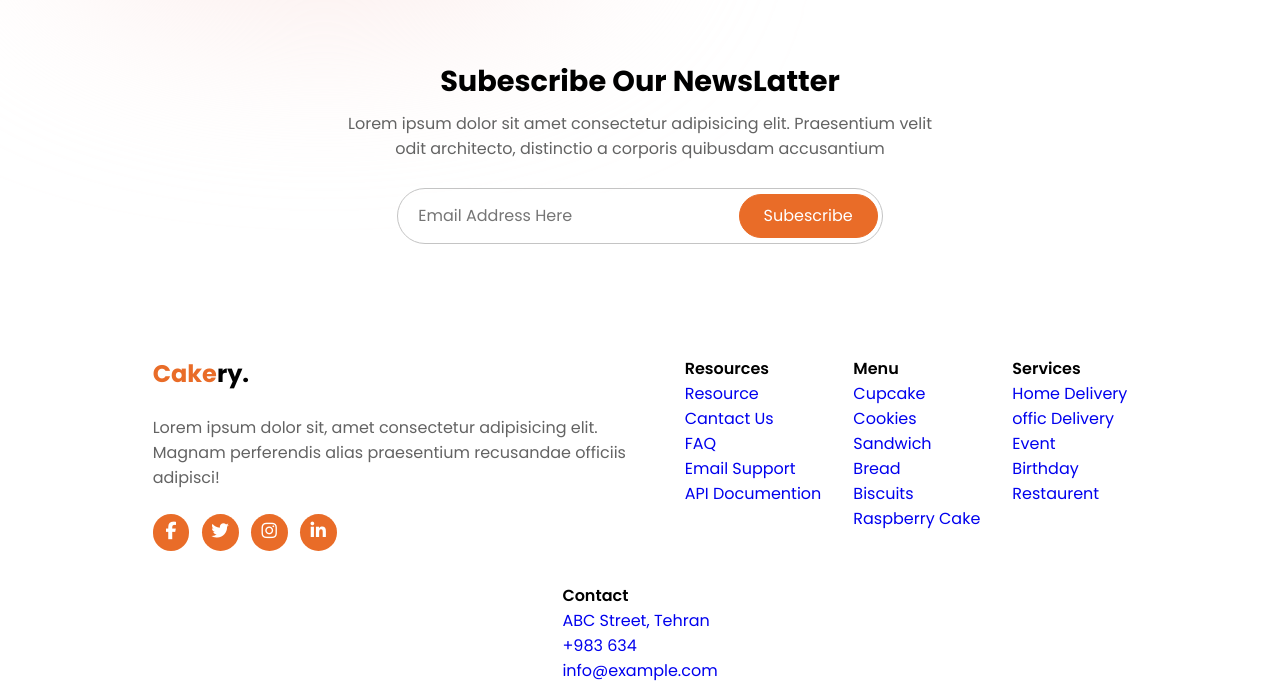
Repository: kingamirhosein100000-maker/cake.shop
Page: index.html
An editor plug-in stored every save of this project. The page is shown before and after the next save, followed by the edit.
The browser window is 1280 px wide. The pictures show the part of the page from y = 4552 to 5235 px (the page is 5235 px tall before and 5210 px after).
A picture or video elsewhere on the page could not be fetched, so the positions and the page height are approximate. Some web libraries are served in a nearby version.

Above is the page before, as saved 2026-01-29 17:51:08.

### index.html
<!DOCTYPE html>
<html lang="en">

<head>
    <meta charset="UTF-8">
    <meta name="viewport" content="width=device-width, initial-scale=1.0">
    <title>Bakery Website</title>
    <link rel="stylesheet" href="style.css">
    <link rel="stylesheet" href="https://cdnjs.cloudflare.com/ajax/libs/font-awesome/7.0.1/css/all.min.css" integrity="sha512-2SwdPD6INVrV/lHTZbO2nodKhrnDdJK9/kg2XD1r9uGqPo1cUbujc+IYdlYdEErWNu69gVcYgdxlmVmzTWnetw==" crossorigin="anonymous" referrerpolicy="no-referrer"
    />
</head>

<body>
    <!-- Header Part -->
    <header>
        <nav class="navbar container">
            <div class="logo">
                <a class="logo-txt" href="#">
                        Cake<span>ry.</span>
                    </a>

            </div>
            <ul class="navlist">
                <li>
                    <a href="#" class="navlinks active">
                            Home
                        </a>
                </li>
                <li>
                    <a href="#" class="navlinks">
                            About
                        </a>
                </li>
                <li>
                    <a href="#" class="navlinks">
                            Menu
                        </a>
                </li>
                <li>
                    <a href="#" class="navlinks">
                            Restaurent
                        </a>
                </li>
                <li>
                    <a href="#" class="navlinks">
                            Order
                        </a>
                </li>
                <li>
                    <a href="#" class="navlinks">
                            Contact
                        </a>
                </li>

            </ul>
            <div class="nav-icons">
                <a href="#" class="icons-link">
                    <i class="fa-solid  fa-user"></i>
                </a>
                <a href="#" class="icons-link">
                    <i class="fa-solid fa-shopping-cart"></i>

                </a>
            </div>
            <div class="hamburger">
                <div class="burger"></div>
                <div class="burger"></div>
                <div class="burger"></div>
            </div>
        </nav>
    </header>
    <!-- Section Parts -->
    <main>

        <!-- /* hero-section */ -->

        <section class="hero-section container">
            <div class="content">
                <div class="whatch">
                    <a href="#" class="icons-link">
                        <i class="fa-solid fa-play"></i>
                    </a>
                    <h3>Watch Video</h3>
                </div>
                <h1>The Perfect Baked Cake Everyday!</h1>
                <p>Lorem ipsum dolor sit, amet consectetur adipisicing elit. Facere laborum quaerat beatae molestiae explicabo asperiores, fugit harum quibusdam sit nesciunt illo.</p>
                <div class="btn-continer">
                    <button>Read More</button>
                    <button data-type="borderd-btn">Order Now</button>
                </div>
            </div>
            <div class="img-conteiner">
                <img src="img/cake.png" alt="عکس کیک ">
            </div>
        </section>
        <!-- Store section -->
        <section class="other-section container">
            <div class="column-canteiner">
                <h2>Welcome To Our Store</h2>
                <p data-type="centerd-txt">Lorem ipsum dolor sit amet consectetur adipisicing elit. Necessitatibus sit earum porro at! Officia, repellat. Modi, tempore minima.</p>
                <div class="card-conteiner">
                    <div class="card" data-type="category">
                        <img src="img/pastery.png">
                        <h3>Cake</h3>
                    </div>
                    <div class="card" data-type="category">
                        <img src="img/sandwich.png">
                        <h3>Sandwich</h3>
                    </div>
                    <div class="card" data-type="category">
                        <img src="img/cookie.png">
                        <h3>Cookie</h3>
                    </div>
                    <div class="card" data-type="category">
                        <img src="img/bread.png">
                        <h3>Bread</h3>
                    </div>
                </div>
            </div>
            </div>
        </section>
        <!-- About section -->
        <section class="other-section container">
            <div class="row-container">
                <div class="image-container">
                    <img src="img/cupcake.jpg">
                </div>


                <div class="content">
                    <h2>About<br> Cakery Bakery</h2>
                    <p>Lorem ipsum dolor sit amet, consectetur adipisicing elit. Laboriosam, necessitatibus nisi nemo, libero molestiae quas quibusdam incidunt voluptate adipisci consequatur ducimus autem</p>
                    <p>Lorem ipsum dolor sit amet consectetur adipisicing elit. Amet quidem rerum maiores quae saepe</p>
                    <button>Read More</button>
                </div>
            </div>
        </section>
        <!-- Featured Food -->

        <section class="other-section container">
            <div class="column-canteiner">
                <h2>Our Featured</h2>
                <p data-type="centerd-txt">Lorem ipsum dolor sit amet consectetur adipisicing elit. Praesentium velit odit architecto, distinctio a corporis quibusdam accusantium tempora </p>



                <div class="card-conteiner">
                    <div class="card" data-type="item">
                        <div class="image-part">
                            <img src="img/birthday cake.jpg">
                        </div>
                        <div class="detail">
                            <h4>$10.00</h4>
                            <h4>Birthday cake</h4>
                        </div>
                    </div>
                    <div class="card" data-type="item">
                        <div class="image-part">
                            <img src="img/muffins.jpg">
                        </div>
                        <div class="detail">
                            <h4>$17.00</h4>
                            <h4>muffins</h4>
                        </div>
                    </div>
                    <div class="card" data-type="item">
                        <div class="image-part">
                            <img src="img/waffles.jpg">
                        </div>
                        <div class="detail">
                            <h4>$19.00</h4>
                            <h4>waffles</h4>
                        </div>
                    </div>
                    <div class="card" data-type="item">
                        <div class="image-part">
                            <img src="img/pancake.jpg">
                        </div>
                        <div class="detail">
                            <h4>$25.00</h4>
                            <h4>pancake</h4>
                        </div>
                    </div>

                </div>



                <div class="card-conteiner">
                    <div class="card" data-type="item">
                        <div class="image-part">
                            <img src="img/piece cake.jpg">
                        </div>
                        <div class="detail">
                            <h4>$18.00</h4>
                            <h4> detail</h4>
                        </div>
                    </div>
                    <div class="card" data-type="item">
                        <div class="image-part">

                            <img src="img/cookies.jpg">
                        </div>
                        <div class="detail">
                            <h4>$16.00</h4>
                            <h4>cookies</h4>
                        </div>
                    </div>
                    <div class="card" data-type="item">
                        <div class="image-part">
                            <img src="img/raspberry cake.jpg">
                        </div>
                        <div class="detail">
                            <h4>$67.00</h4>
                            <h4>raspberry cake</h4>
                        </div>
                    </div>
                    <div class="card" data-type="item">
                        <div class="image-part">
                            <img src="img/donut.jpg">
                        </div>
                        <div class="detail">
                            <h4>$90.00</h4>
                            <h4>donut</h4>
                        </div>
                    </div>
                </div>
            </div>
        </section>
        <!-- App section -->
        <section class="other-section container">
            <div class="row-container">
                <div class="content">
                    <h2>App Is Soon <br> On App Store</h2>
                    <p>Lorem ipsum dolor sit, amet consectetur adipisicing elit. Consequuntur omnis sequi in fugiat iusto laborum, delectus magnam eum! Aspernatur quaerat ex excepturi.</p>
                    <div class="app-img">
                        <img src="img/app store.png" alt="App Store">
                        <img class="qqqq" src="img/play store.png" alt="Google Play">
                    </div>


                </div>
                <div class="img-conteiner">
                    <img src="img/bakery app.png">
                </div>
            </div>
        </section>
        <!-- Best Food section -->
        <section class="other-seimction container">
            <div class="row-container">
                <div class="img-conteiner">
                    <img src="img/creamy pancake.png">
                </div>
                <div class="content">
                    <h2>Best Sell <br> In This Week!</h2>
                    <div class="rating">
                        <h4>$15.00</h4>
                        <img src="img/five star ok.png">
                    </div>
                    <p>Lorem ipsum dolor sit, amet consectetur adipisicing elit. Commodi, libero soluta! Quia nostrum unde corrupti ratione quibusdam dolores sed, voluptatum aliquid possimus!</p>
                    <p>Lorem ipsum dolor sit amet, consectetur adipisicing elit. Voluptate cum mollitia culpa ullam numquam.</p>
                    <button>Buy Now</button>


                </div>
            </div>
        </section>
        <!-- NewsLatter section -->
        <section class="other-section container">
            <div class="column-canteiner">
                <h2>Subescribe Our NewsLatter</h2>
                <p data-type="centerd-txt">Lorem ipsum dolor sit amet consectetur adipisicing elit. Praesentium velit odit architecto, distinctio a corporis quibusdam accusantium</p>

                <form class="form-canteiner">
                    <input type="email" name="email" id="email" autocomplete="off" placeholder="Email Address Here">
                    <input type="submit" value="Subescribe" class="form-btn">
                </form>
            </div>
        </section>
    </main>
    <!-- Footer Parts -->
    <footer>
<div class="column-canteiner container">
    <div class="card-conteiner">

    <div class="column">
        <div class="logo">
                            <a class="logo-txt" href="#">
                        Cake<span>ry.</span>
                    </a>
        </div>

        <p>Lorem ipsum dolor sit, amet consectetur adipisicing elit. Magnam perferendis alias praesentium recusandae officiis adipisci!</p>
        <div class="icons">
            <a href="#" class="icons-link">
                <i class="fa-brands fa-facebook-f"></i>
            </a>
            <a href="#" class="icons-link">
                <i class="fa-brands fa-twitter"></i>
            </a>
            <a href="#" class="icons-link">
                <i class="fa-brands fa-instagram"></i>
            </a>
            <a href="#" class="icons-link">
                <i class="fa-brands fa-linkedin-in"></i>
            </a>
        </div>
    </div>
    <div class="column">
<h4>Resources</h4>
<ul class="footer-list">
    <li>
        <a href="#" class="footer-links">Resource</a>
    </li>
    <li>
        <a href="#" class="footer-links">Cantact Us</a>
    </li>
    <li>
        <a href="#" class="footer-links">FAQ</a>
    </li>
    <li>
        <a href="#" class="footer-links">Email Support</a>
    </li>
    <li>
        <a href="#" class="footer-links">API Documention</a>
    </li>
</ul>
    </div>
    <div class="column">
        <h4>Menu</h4>
        <ul class="footer-list">
    <li>
        <a href="#" class="footer-links">Cupcake</a>
    </li>
    <li>
        <a href="#" class="footer-links">Cookies</a>
    </li>
    <li>
        <a href="#" class="footer-links">Sandwich</a>
    </li>
    <li>
        <a href="#" class="footer-links">Bread</a>
    </li>
    <li>
        <a href="#" class="footer-links">Biscuits</a>
    </li>
    <li>
        <a href="#" class="footer-links">Raspberry Cake</a>
    </li>
</ul>
    </div>
    <div class="column">
        <h4>Services</h4>
<ul class="footer-list">
    <li>
        <a href="#" class="footer-links">Home Delivery</a>
    </li>
    <li>
        <a href="#" class="footer-links">offic Delivery</a>
    </li>
    <li>
        <a href="#" class="footer-links">Event</a>
    </li>
    <li>
        <a href="#" class="footer-links">Birthday</a>
    </li>
    <li>
        <a href="#" class="footer-links">Restaurent</a>
    </li>
</ul>
    </div>
    <div class="column">
        <h4>Contact</h4>
        <ul class="footer-list">
    <li>
        <a href="#" class="footer-links">ABC Street, Tehran</a>
    </li>
    <li>
        <a href="#" class="footer-links">+983 634</a>
    </li>
    <li>
        <a href="#" class="footer-links">info@example.com</a>
    </li>

</ul>
    </div>
    </div>
</div>

    </footer>
    <script src=" main.js "></script>
</body>

</html>

### style.css
                    @import url('https://fonts.googleapis.com/css2?family=Open+Sans:ital,wght@0,300..800;1,300..800&family=Poppins:ital,wght@0,100;0,200;0,300;0,400;0,500;0,600;0,700;0,800;0,900;1,100;1,200;1,300;1,400;1,500;1,600;1,700;1,800;1,900&family=Roboto:ital,wght@0,100..900;1,100..900&display=swap');
                    * {
                        margin: 0;
                        padding: 0;
                        box-sizing: border-box;
                        font-family: "Poppins", sans-serif;
                    }

                     :root {
                        --orange-clr: #E96C28;
                        --white-clr: #FFF;
                        --black-clr: #000;
                        --gray-clr: #636363;
                        --light-clr: #C4C4C4;
                        --dawn-pink: #FAE7E5;
                        --frosted-mint: #DCFEF9;
                    }
                    /* Header Parts */

                    .logo-txt {
                        font-size: 1.5rem;
                        color: var(--orange-clr);
                        font-weight: bold;
                    }

                    a {
                        text-decoration: none;
                    }

                    span {
                        color: var(--black-clr);
                    }

                    .navlist {
                        display: flex;
                        align-items: center;
                        gap: 2rem;
                    }

                    li {
                        list-style: none;
                    }

                    .navlinks {
                        color: var(--black-clr);
                        font-weight: 500;
                    }

                    .active,
                    .navlinks:hover {
                        color: var(--orange-clr);
                        transition: 0.4s;
                    }



                    .icons-link {
                        background: var(--orange-clr);
                        width: 2.3rem;
                        aspect-ratio: 1;
                        border-radius: 50%;
                        margin-right: .5rem;
                        display: inline-block;
                        text-align: center;
                        line-height: 2.3rem;
                        transition: .3s ease-in-out;
                    }

                    .icons-link:hover {
                        transform: translateY(-10%);
                    }

                    .fa-solid,.fa-brands {
                        font-size: 1.1rem;
                        color: var(--white-clr);
                    }

                    header {
                        height: 13vh;

                    }

                    .navbar {
                        display: flex;
                        justify-content: space-between;
                        align-items: center;
                        height: 100%;

                    }

                    .container {
                        width: 80%;
                        margin: auto;
                    }

                    .hamburger {
                        cursor: pointer;
                        display: none;
                    }

                    .burger {
                        background: var(--black-clr);
                        width: 2.3rem;
                        height: .25rem;
                        margin: .3rem;
                        border-radius: 2rem;
                    }
                    /* Section Parts */
                    /* hero-section */

                    .hero-section {
                        height: calc(100vh - 13vh);
                        display: flex;
                        justify-content: space-between;
                        align-items: center;
                    }

                    .content {
                        flex: 1;
                    }

                    .img-conteiner {
                        flex: 1;
                        position: relative;
                    }

                    .img-conteiner::before {
                        content: '';
                        position: absolute;
                        top: 50%;
                        right: 0;
                        background: var(--dawn-pink);
                        width: 35rem;
                        height: 30vh;
                        border-radius: 50%;
                        z-index: -1;
                        filter: blur(100px);
                    }

                    img {
                        max-width: 100%;
                        height: auto;
                    }

                    h1 {
                        font-size: 3.5rem;
                        line-height: 4rem;
                        margin-top: 1rem;
                    }

                    .whatch {
                        display: flex;
                        align-items: center;
                        gap: .5rem;
                    }

                    p {
                        color: var(--gray-clr);
                        margin-block: 1.5rem;
                        max-width: 500px;
                    }

                    .btn-continer {
                        display: flex;
                        gap: 1.5rem;
                    }

                    button,
                    .form-btn {
                        background: var(--orange-clr);
                        color: var(--white-clr);
                        border: .1rem solid var(--orange-clr);
                        padding: .55rem 1.5rem;
                        border-radius: 5rem;
                        font-size: 1rem;
                    }

                    [data-type='borderd-btn'] {
                        background: transparent;
                        color: var(--orange-clr);
                    }
                    /* <!-- Store section --> */

                    .other-section {
                        padding-block: 5rem;
                    }

                    .row-conteiner {
                        display: flex;
                        flex-direction: row;
                        justify-content: center;
                        align-items: center;
                        gap: 5rem;
                    }

                    .column-canteiner {
                        display: flex;
                        flex-direction: column;
                        justify-content: center;
                        align-items: center;
                    }

                    h2 {
                        font-size: 1.8rem;
                    }

                    [ data-type="centerd-txt"] {
                        text-align: center;
                        max-width: 600px;
                        margin-block: .5em;
                    }

                    .card-conteiner {
                        display: flex;
                        justify-content: center;
                        flex-wrap: wrap;
                        gap: 2rem;
                        margin-top: 2rem;
                    }

                    .card {
                        width: 15rem;
                        text-align: center;
                        border-radius: 1rem;
                        box-shadow: rgba(0, 0, 0, 0.16) 0px 1px 4px;
                        transition: .2s ease-in-out;
                    }

                    .card:hover {
                        box-shadow: rgba(50, 50, 93, 0.25) 0px 13px 27px -5px, rgba(0, 0, 0, .3) 0px 8px 16px -8px;
                    }

                    .row-container {
                        display: flex;
                        flex-direction: row;
                        justify-content: space-between;
                        align-items: center;
                        gap: 4.5rem;
                    }
                    /* <!-- Featured Food --> */

                    h4 {
                        font-weight: 600;
                    }

                    [ data-type="category"] {
                        padding-block: 2.5rem;
                    }

                    [data-type="item"] {
                        padding-bottom: 1.5rem;
                        overflow: hidden;
                    }

                    .image-part img {
                        width: 100%;
                        height: 100%;
                        object-fit: cover;
                    }

                    .detail {
                        margin-top: 1rem;
                    }
                    /* <!-- App section --> */

                    .app-img {
                        display: flex;
                        gap: 1rem;
                        width: 100%;
                        height: 4rem;
                    }

                    .app-img img {
                        width: 180px;
                        /* هم‌سایز */
                        height: 55px;
                        object-fit: contain;
                        border-radius: 12px;
                        /* گوشه‌های گرد */
                        background: #000;
                        /* برای PNG شفاف */
                        padding: 6px 10px;
                        transition: all 0.3s ease;
                    }
                    /* افکت هاور */

                    .app-img img:hover {
                        transform: translateY(-3px);
                        box-shadow: 0 10px 25px rgba(0, 0, 0, 0.25);
                        cursor: pointer;
                    }
                    /* <!-- Best Food section --> */

                    .rating img {
                        width: 6rem;
                    }

                    .rating h4 {
                        color: var(--orange-clr);
                        font-size: 1.3rem;
                    }

                    .rating {
                        display: flex;
                        align-items: center;
                        gap: 2rem;
                        margin-top: 1rem;
                    }
                    /* <!-- NewsLatter section --> */

                    .form-canteiner {
                        margin-top: 1.2rem;
                        border: .02rem solid var(--light-clr);
                        height: 3.5rem;
                        border-radius: 5rem;
                        padding: .25rem;
                    }

                    input[type="email"] {
                        height: 100%;
                        border-radius: 5rem 0 0 5rem;
                        border: none;
                        font-size: 1rem;
                        padding-left: 1rem;
                    }

                    input:focus {
                        outline: none;
                    }
                    /* footer section */

### main.js
let Name = "Alri";
switch (Name) {
    case "Amir":
        console.log("turo")

        break;
    case "Ali":
        console.log("false")
        break
    default:
        console.log("nothing")
        break;
}

After the next save:
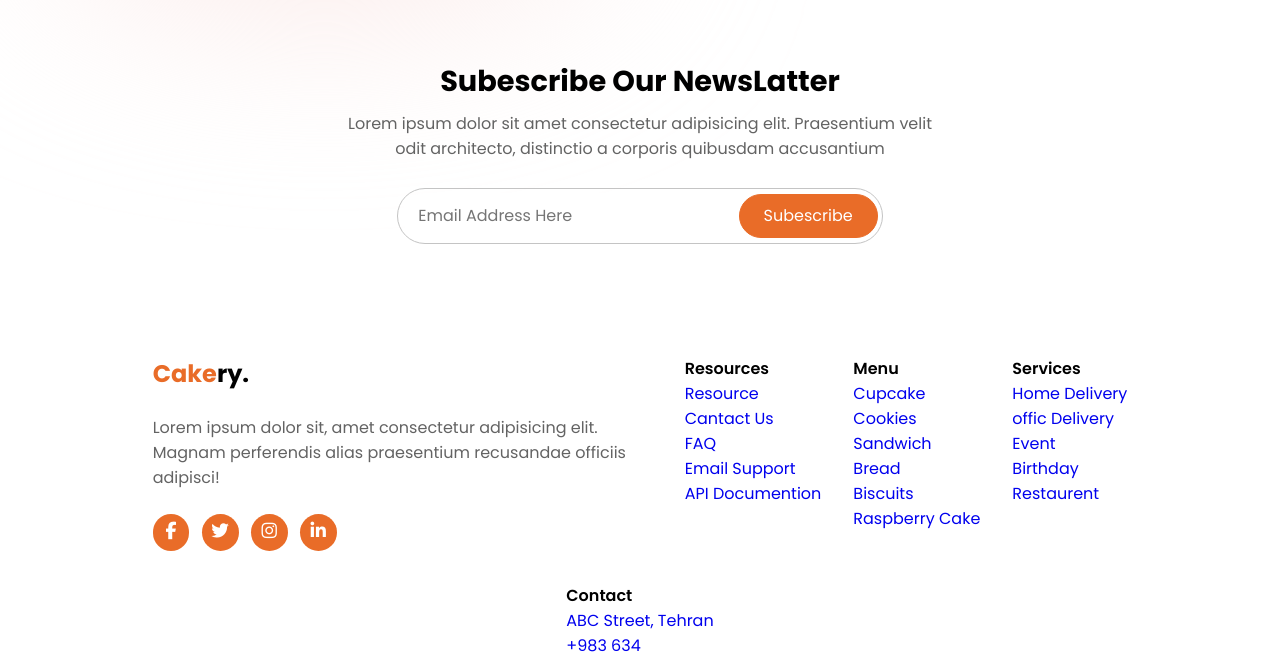
Saved 53 s later.
--- a/index.html
+++ b/index.html
@@ -378,9 +378,7 @@
     <li>
         <a href="#" class="footer-links">+983 634</a>
     </li>
-    <li>
-        <a href="#" class="footer-links">info@example.com</a>
-    </li>
+
 
 </ul>
     </div>
